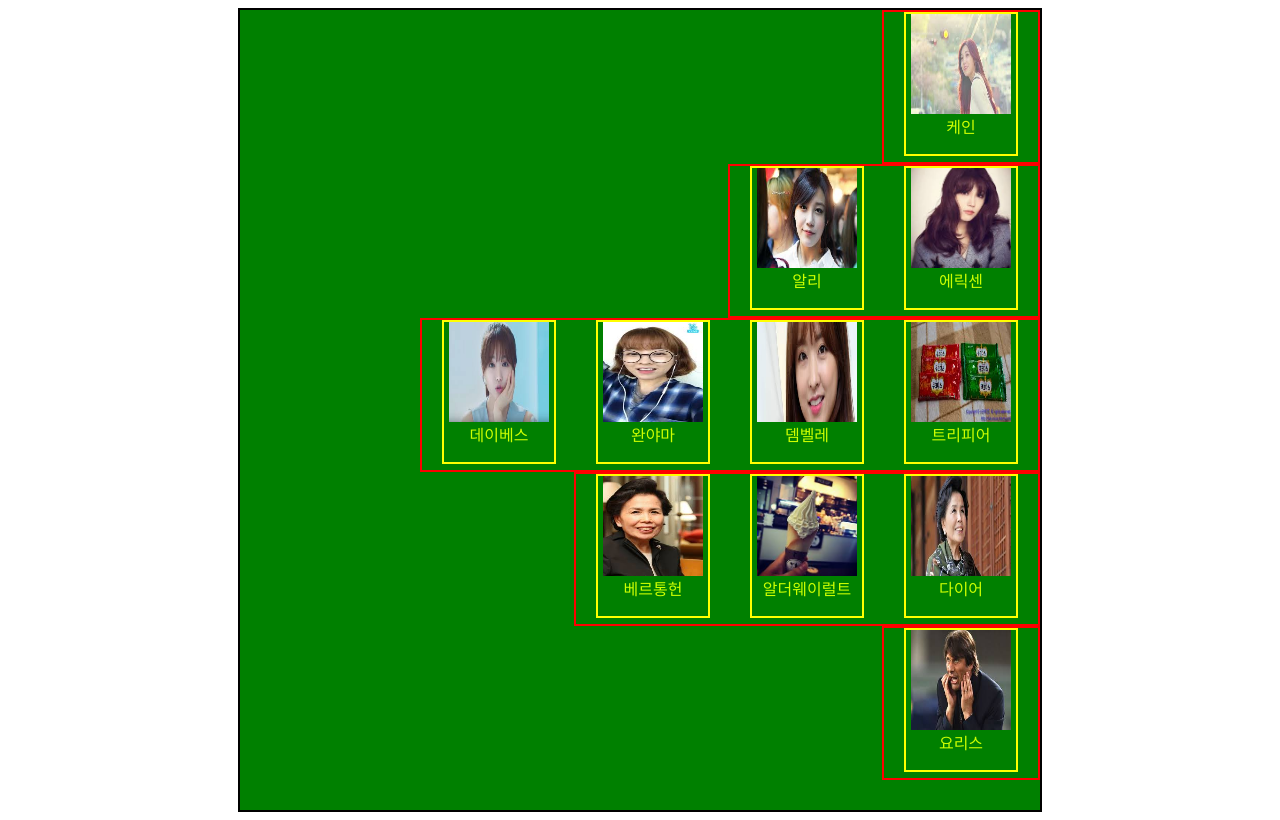
Repository: Leewonhoo/kostaweb
Page: project_div/WebContent/pomation.html
The author's editor kept a copy of each file at every save. The page is drawn from the files as they stood at one save, then again after the next save.
The browser window is 1280 px wide. The pictures show the whole page.

Above is the page before, as saved 2017-09-11 09:30:13.

### project_div/WebContent/pomation.html
<!DOCTYPE html PUBLIC "-//W3C//DTD HTML 4.01 Transitional//EN" "http://www.w3.org/TR/html4/loose.dtd">
<html>
<head>
<meta http-equiv="Content-Type" content="text/html; charset=EUC-KR">
<title>Insert title here</title>
<link type="text/css" rel="stylesheet" href="css/common.css">
</head>
<body>

	<div id="team" align="center">
		<div class="line">
				<div class="position">
					<div><img alt="정은지1" src="images/jung1.jpg"></div>
					<div class="text">케인</div>
				</div>
		</div>
		<div class="line">
				<div class="position">
					<div><img alt="정은지2" src="images/jung2.jpg"></div>
					<div class="text">알리</div>
				</div>
				<div class="position">
					<div><img alt="정은지3" src="images/jung3.jpg"></div>
					<div class="text">에릭센</div>
				</div>
		</div>
		<div class="line">
				<div class="position">
					<div><img alt="박보영1" src="images/park1.jpg"></div>
					<div class="text">데이베스</div>
				</div>
				<div class="position">
					<div><img alt="박보영2" src="images/park2.jpg"></div>
					<div class="text">완야마</div>
				</div>
				<div class="position">
					<div><img alt="박보영3" src="images/park3.jpg"></div>
					<div class="text">뎀벨레</div>
				</div>
				<div class="position">
					<div><img alt="쿠쿠1" src="images/kuku1.jpg"></div>
					<div class="text">트리피어</div>
				</div>
		</div>
		<div class="line">
				<div class="position">
					<div><img alt="이미자1" src="images/leemi1.jpg"></div>
					<div class="text">베르통헌</div>
				</div>
				<div class="position">
					<div><img alt="아이1" src="images/ice1.jpg"></div>
					<div class="text">알더웨이럴트</div>
				</div>
				<div class="position">
					<div><img alt="이미자2" src="images/leemi2.jpg"></div>
					<div class="text">다이어</div>
				</div>
		</div>
		<div class="line">
				<div class="position">
					<div><img alt="콩테1" src="images/cong1.jpg"></div>
					<div class="text">요리스</div>
				</div>
		</div>
	</div>

</body>
</html>

### project_div/WebContent/css/common.css
/* external css */

a.common{
text-decoration: none;
font-size: 20px;
color: white;
}

img[src]{
	width: 100px;
	height: 100px;
}

#team{
	width: 800px;
	height: 800px;
	background-color: green;
	border: 2px solid black;
	margin: 0 auto;
}
.line{
	height: 150px;
	border: 2px solid red;
	float: right;
	clear: both;
}
.position{
	width: 110px;
	height: 140px;
	float: left;
	margin: 0 20px;
	border: 2px solid yellow;
}
.text{
	text-align: center;
	color: #ccff00;
}

After the next save:
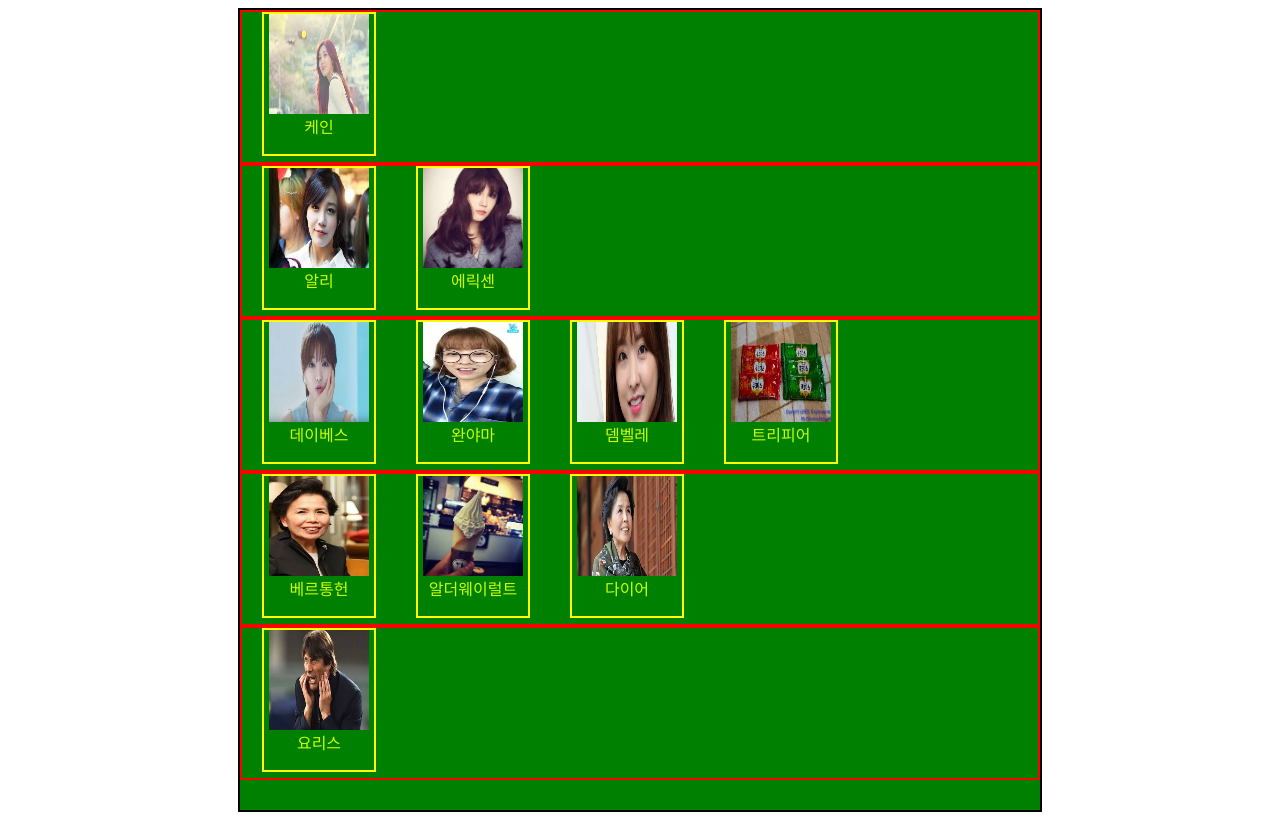
Saved 20 s later.
--- a/project_div/WebContent/css/common.css
+++ b/project_div/WebContent/css/common.css
@@ -21,7 +21,6 @@ img[src]{
 .line{
 	height: 150px;
 	border: 2px solid red;
-	float: right;
 	clear: both;
 }
 .position{
